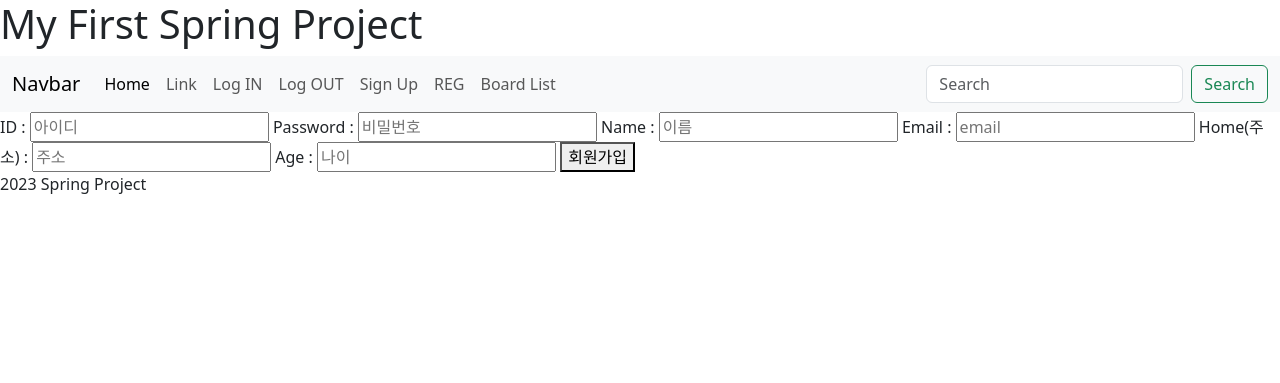
Repository: gatsby5959/_springTest
Page: http://localhost/spring-Test/WEB-INF/views/member/signup.jsp
An editor plug-in stored every save of this project. The page is shown before and after the next save, followed by the edit.
The browser window is 1280 px wide. The pictures show the whole page.
The page is served by Tomcat 9. Nobody is signed in. The template is opened directly, without the code that normally fills it, so the values that code supplies are empty.

Above is the page before, as saved 2023-10-06 07:35:35.

After the next save:
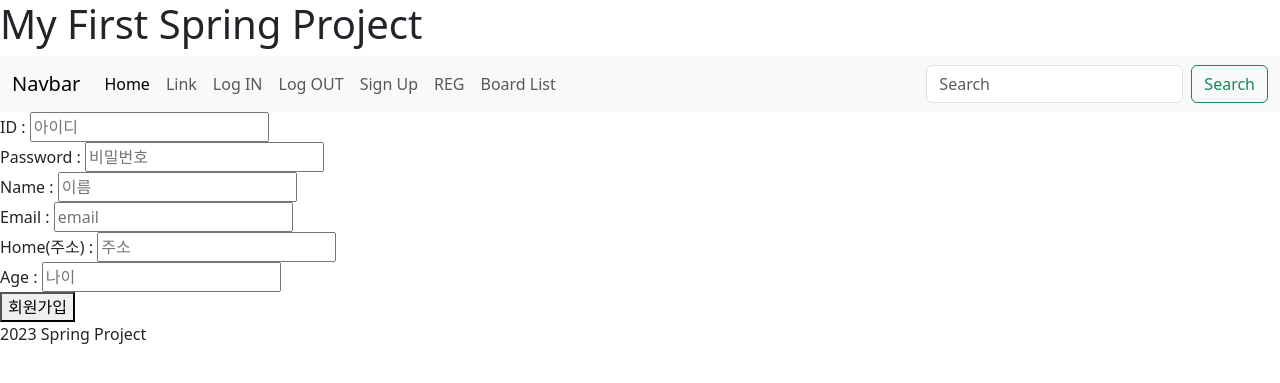
Saved 66 s later.
--- a/spring-Test/src/main/webapp/WEB-INF/views/member/signup.jsp
+++ b/spring-Test/src/main/webapp/WEB-INF/views/member/signup.jsp
@@ -10,12 +10,12 @@
 <body>
 <jsp:include page="../layout/header.jsp"></jsp:include>
 <form action="/member/signup" method = "post">
-ID : <input type="text" name = "id" placeholder="아이디">
-Password : <input type="password" name = "pw" placeholder="비밀번호">
-Name :   <input type="text" name = "name" placeholder="이름">
-Email :  <input type="email" name = "email" placeholder="email">
-Home(주소) :  <input type="text" name = "home" placeholder="주소">
-Age :  <input type="text" name = "age" placeholder="나이">
+ID : <input type="text" name = "id" placeholder="아이디"><br>
+Password : <input type="password" name = "pw" placeholder="비밀번호"><br>
+Name :   <input type="text" name = "name" placeholder="이름"><br>
+Email :  <input type="email" name = "email" placeholder="email"><br>
+Home(주소) :  <input type="text" name = "home" placeholder="주소"><br>
+Age :  <input type="text" name = "age" placeholder="나이"><br>
 <button type = "submit">회원가입</button>
 </form>
 
